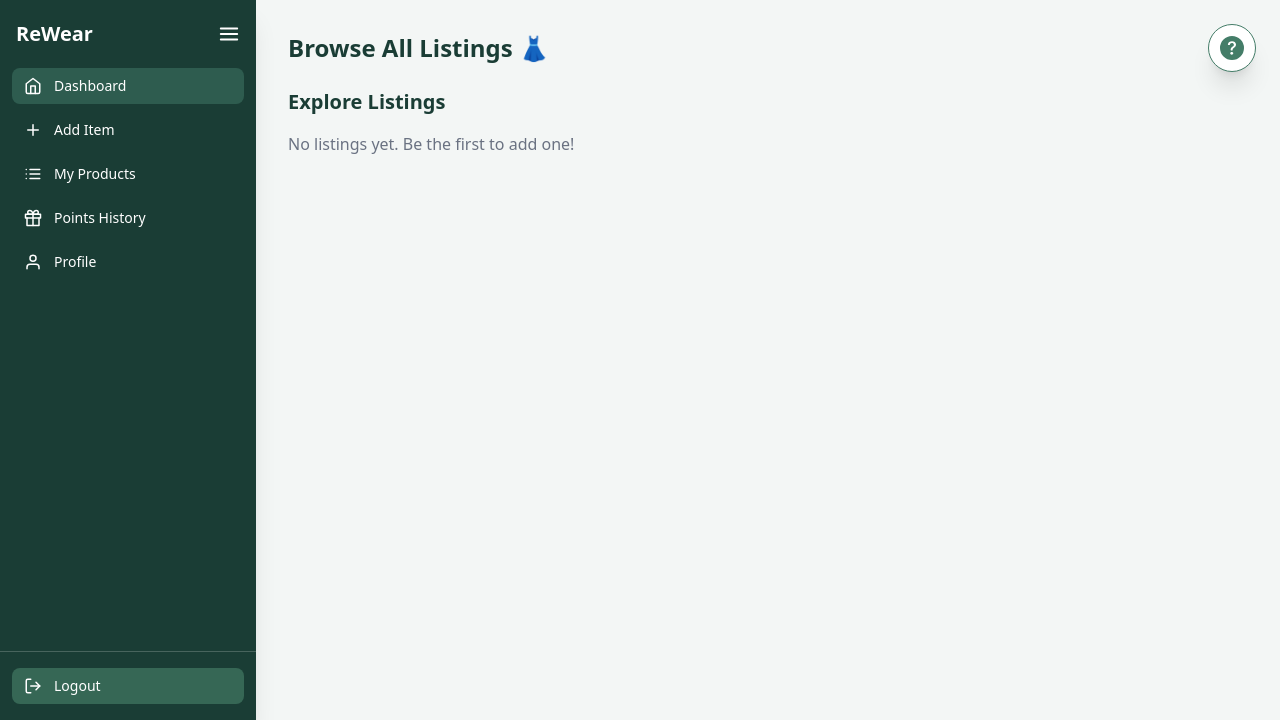
Repository: Swastikkkkk/vv
Page: /user (app in OneDrive/Desktop/Yuzichahal/frontend/)
These files come from the project's save history. The page is drawn as it stood at one moment and after the next save; the edit follows.
The browser window is 1280 px wide. The pictures show the whole page.
The page's requests for data from a server got no answer. The project was rebuilt for these pictures with package versions that can differ from the ones it lists, and the page was loaded fresh each time. No one was signed in, and anything a server would have sent is missing. Also part of the build but not shown: OneDrive/Desktop/Yuzichahal/frontend/vite.config.js, OneDrive/Desktop/Yuzichahal/frontend/src/components/Navbar.jsx, OneDrive/Desktop/Yuzichahal/frontend/src/components/Herosection.jsx, OneDrive/Desktop/Yuzichahal/frontend/src/components/CategoriesSection.jsx, OneDrive/Desktop/Yuzichahal/frontend/src/components/Footer.jsx, OneDrive/Desktop/Yuzichahal/frontend/src/components/LandingPage.jsx, OneDrive/Desktop/Yuzichahal/frontend/src/components/Signup.jsx, OneDrive/Desktop/Yuzichahal/frontend/src/components/Login.jsx and 6 more.

Above is the page before, as saved 2025-07-12 12:48:03.

After the next save:
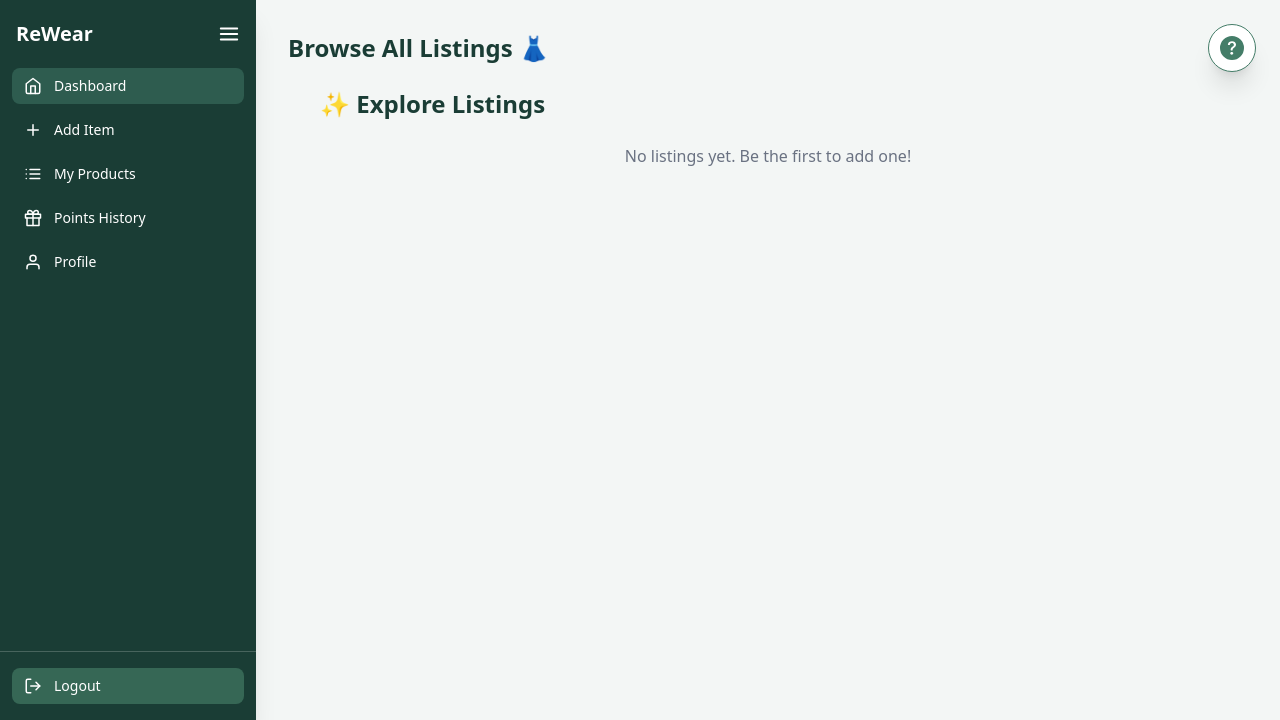
Saved 80 s later.
--- a/OneDrive/Desktop/Yuzichahal/frontend/src/components/user/ProductFeed.jsx
+++ b/OneDrive/Desktop/Yuzichahal/frontend/src/components/user/ProductFeed.jsx
@@ -1,4 +1,3 @@
-// src/components/user/ProductFeed.jsx
 import React, { useEffect, useState } from 'react';
 import { db } from '../FirebaseConfig';
 import { collection, getDocs, query, orderBy } from 'firebase/firestore';
@@ -29,55 +28,67 @@ const ProductFeed = () => {
   }
 
   return (
-    <div className="mt-4">
-      <h2 className="text-xl font-semibold mb-4 text-[#1a3d35]">Explore Listings</h2>
+    <div className="mt-6 px-4 sm:px-8">
+      <h2 className="text-2xl font-bold mb-6 text-[#1a3d35]">✨ Explore Listings</h2>
+
       {products.length === 0 ? (
-        <p className="text-gray-500">No listings yet. Be the first to add one!</p>
+        <p className="text-gray-500 text-center">No listings yet. Be the first to add one!</p>
       ) : (
-        <div className="grid grid-cols-1 sm:grid-cols-2 lg:grid-cols-3 gap-6">
+        <div className="grid grid-cols-1 sm:grid-cols-2 lg:grid-cols-3 gap-8">
           {products.map(product => (
-            <div key={product.id} className="bg-white rounded-xl shadow-md overflow-hidden hover:shadow-xl transition duration-300 flex flex-col">
+            <div
+              key={product.id}
+              className="bg-white rounded-3xl shadow-lg hover:shadow-xl transition-all duration-300 overflow-hidden flex flex-col border border-gray-100 hover:border-gray-200"
+            >
               <img
                 src={product.imageUrl}
                 alt={product.title}
-                className="w-full h-48 object-cover"
+                className="w-full h-56 object-cover rounded-t-3xl"
               />
-              <div className="p-4 flex-1 flex flex-col justify-between">
+
+              <div className="p-5 flex-1 flex flex-col justify-between">
                 <div>
-                  <h3 className="text-lg font-semibold text-[#1a3d35] mb-1">{product.title}</h3>
-                  <p className="text-sm text-gray-600 mb-2">{product.description?.slice(0, 80)}...</p>
-                  <p className="text-sm text-gray-500 mb-1">📍 {product.location || 'Unknown'}</p>
+                  <h3 className="text-xl font-semibold text-[#1a3d35] mb-2 truncate">{product.title}</h3>
+                  <p className="text-sm text-gray-500 mb-2 line-clamp-3">
+                    {product.description || 'No description'}
+                  </p>
+                  <div className="flex items-center justify-between text-xs mt-2">
+                    <span className="bg-[#e1f4ec] text-[#26775f] px-3 py-1 rounded-full">
+                      {product.category || 'Category'}
+                    </span>
+                    <span className="text-gray-400">📍 {product.location || 'Unknown'}</span>
+                  </div>
                 </div>
 
-                <div className="mt-4 space-y-2">
+                <div className="mt-5 space-y-2">
                   {product.contact && (
                     <a
                       href={`mailto:${product.contact}`}
-                      className="block w-full text-center px-4 py-2 bg-[#447d68] text-white text-sm rounded hover:bg-[#366755] transition"
+                      className="block w-full text-center px-4 py-2 bg-[#1a3d35] text-white rounded-full text-sm hover:bg-[#16342e] transition"
                     >
-                      Contact Seller
+                      ✉️ Contact Seller
                     </a>
                   )}
 
                   <button
                     onClick={() => alert('Request to exchange sent.')}
-                    className="w-full px-4 py-2 bg-yellow-500 text-white text-sm rounded hover:bg-yellow-600 transition"
+                    className="w-full px-4 py-2 text-sm font-medium bg-gradient-to-r from-[#ffc371] to-[#ff5f6d] text-white rounded-full hover:opacity-90 transition"
                   >
-                    Exchange Item
+                    🔁 Exchange Item
                   </button>
 
                   <button
                     onClick={() => alert('Points redeemed for item.')}
-                    className="w-full px-4 py-2 bg-green-600 text-white text-sm rounded hover:bg-green-700 transition"
+                    className="w-full px-4 py-2 text-sm font-medium bg-gradient-to-r from-[#43cea2] to-[#185a9d] text-white rounded-full hover:opacity-90 transition"
                   >
-                    Redeem with Points
+                    🎯 Redeem with Points
                   </button>
 
                   <button
                     onClick={() => alert('Redirecting to Stripe...')}
-                    className="w-full px-4 py-2 bg-[#635bff] text-white text-sm rounded hover:bg-[#5145cd] transition"
+                    className="w-full px-4 py-2 text-sm font-medium bg-gradient-to-r from-[#7f00ff] to-[#e100ff] text-white rounded-full hover:opacity-90 transition"
                   >
-                    Pay with Stripe
+                    💳 Pay with Stripe
                   </button>
                 </div>
               </div>
